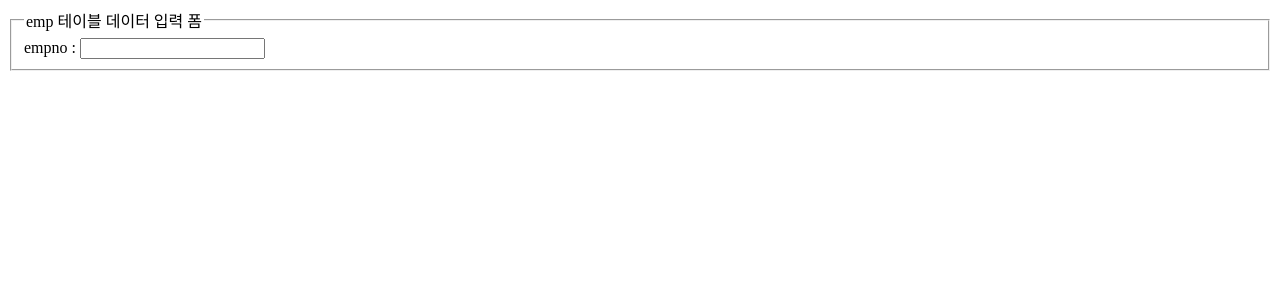
Repository: saysang22/servlet
Page: jdbcServlet1/src/main/webapp/deptInsert.html
These files come from the project's save history. The page is drawn as it stood at one moment and after the next save; the edit follows.
The browser window is 1280 px wide. The pictures show the whole page.

Above is the page before, as saved 2024-06-03 01:11:51.

### jdbcServlet1/src/main/webapp/deptInsert.html
<!DOCTYPE html>
<html>
<head>
<meta charset="UTF-8">
<title>Insert title here</title>
</head>
<body>
	<form method="post" action="empInsert" name="insert">
		<fieldset>
			<legend>emp 테이블 데이터 입력 폼</legend>
		<div>
			empno : <input type="text" name="empno">
		</div>
		</fieldset>
	</form>
</body>
</html>

After the next save:
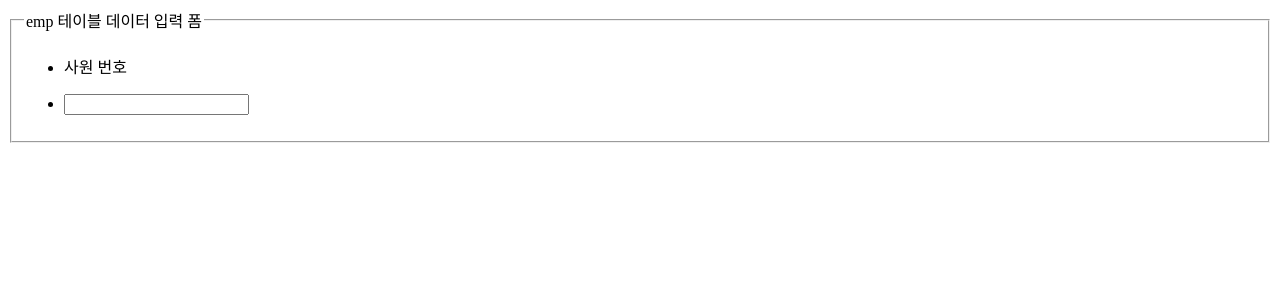
Saved 66 s later.
--- a/jdbcServlet1/src/main/webapp/deptInsert.html
+++ b/jdbcServlet1/src/main/webapp/deptInsert.html
@@ -8,9 +8,13 @@
 	<form method="post" action="empInsert" name="insert">
 		<fieldset>
 			<legend>emp 테이블 데이터 입력 폼</legend>
-		<div>
-			empno : <input type="text" name="empno">
-		</div>
+		<ul>
+			<li><label for="empno">사원 번호</label></li>
+
+		</ul>
+		<ul>
+			<li><input type="text" name="empno"></li>
+		</ul>
 		</fieldset>
 	</form>
 </body>
